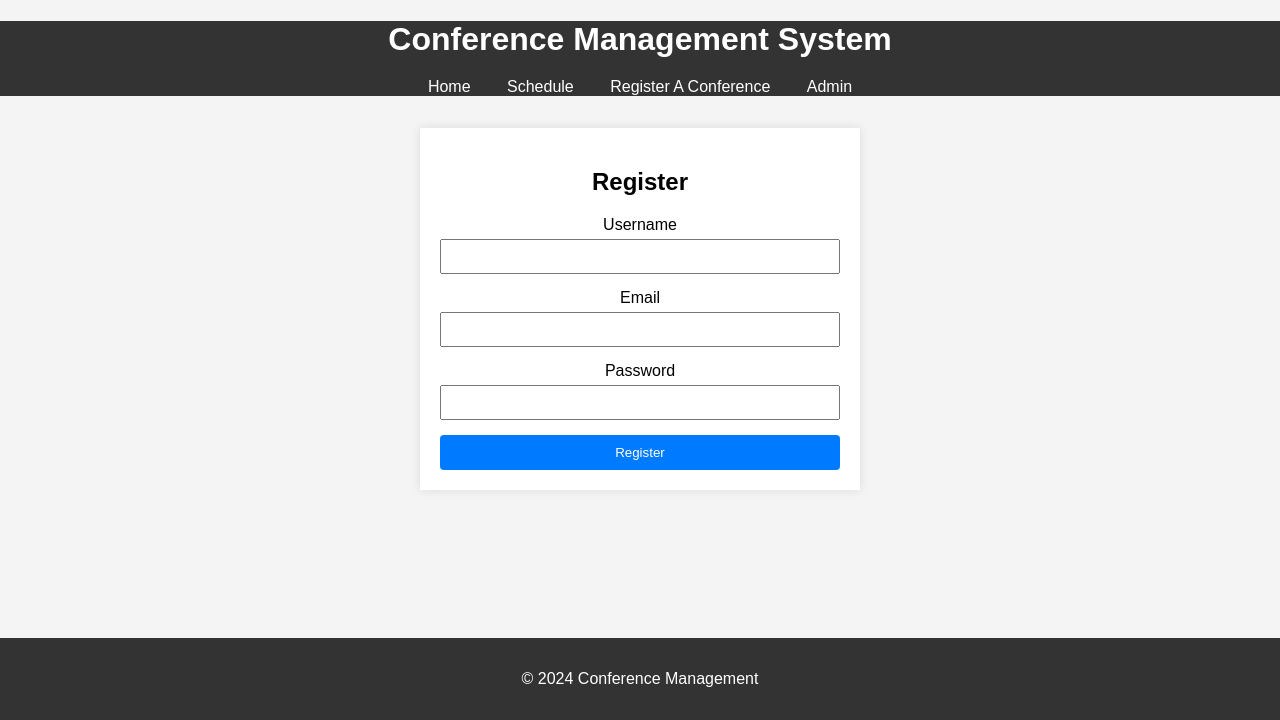
Repository: AMIT1439027/conferenceapp
Page: http://localhost/user_register.php
These files come from the project's save history. The page is drawn as it stood at one moment and after the next save; the edit follows.
The browser window is 1280 px wide. The pictures show the whole page.
The page is run by PHP 8.4 with error messages shown; the project is at /var/www/html/. Queries for data that is not in the repository find no rows.

Above is the page before, as saved 2024-05-29 15:25:59.

### user_register.php
<?php
include 'db_connect.php';
session_start();

if ($_SERVER['REQUEST_METHOD'] == 'POST') {
    $username = $_POST['username'];
    $email = $_POST['email'];
    $password = password_hash($_POST['password'], PASSWORD_BCRYPT);

   $stmt = $pdo->prepare("INSERT INTO users(username,email,password) VALUES(?,?,?)");
   $stmt->execute([$username,$email,$password]);
}
?>

<!DOCTYPE html>
<html lang="en">
<head>
    <meta charset="UTF-8">
    <title>Register</title>
    <link rel="stylesheet" href="styles.css">
</head>
<body>
<header>
    <h1>Conference Management System</h1>

    <nav>
        <a href="index.php">Home</a>
        <a href="Schedule.php">Schedule </a>
        <a href="register.php">Register A Conference</a>
        <a href="admin.php">Admin</a>

    </nav>
</header>

<main>
    <div class="form-container">
        <h2>Register</h2>
        <form method="post" action="user_register.php">
            <div class="form-group">
                <label>Username</label>
                <input type="text" name="username" required>
            </div>
            <div class="form-group">
                <label>Email</label>
                <input type="email" name="email" required>
            </div>
            <div class="form-group">
                <label>Password</label>
                <input type="password" name="password" required>
            </div>
            <button type="submit">Register</button>

        </form>
        <!-- <p>Already have an account? <a href="login.php">Login here</a></p> -->
    </div>
    </main>
    <footer>
    <p>&copy; 2024 Conference Management</p>
 </footer>
</body>
</html>

### db_connect.php
<?php
$servername = "localhost";
$username = "root";
$password = "mysql143";
$dbname = "conference_db";

// Create connection
// $conn = new mysqli($servername, $username, $password, $dbname);

// // Check connection
// if ($conn->connect_error) {
//     die("Connection failed: " . $conn->connect_error);
// }
try{
    $pdo = new PDO("mysql:host=$servername;dbname=$dbname", $username, $password );
   $pdo->setAttribute(PDO::ATTR_ERRMODE, PDO::ERRMODE_EXCEPTION);
}
catch(PDOException $e){
   die("connection Failed");
}


?>

### styles.css

body {
    font-family: Arial, sans-serif;
    background-color: #f4f4f4;
    margin: 0;
    padding: 0;
}
/*  new css */



/* End CSS */
header{
    background-color: #333333;
    color: #fff;
    padding: 1 em 0;
    text-align: center;

}

nav a{
    color: #fff;
    margin: 0 1rem;
    text-decoration: none;
}

main{
    padding: 2em;
    text-align: center;
}

footer{
    background-color: #333;
    color:#fff;
    padding: 1em 0;
    text-align: center;
    position: fixed;
    bottom: 0;
    width: 100%;
}



.container {
    width: 80%;
    margin: 0 auto;
    padding: 20px;
    background-color: #fff;
    box-shadow: 0 0 10px rgba(0, 0, 0, 0.1);
}

h1 {
    text-align: center;
    margin-bottom: 20px;
}

.table {
    width: 100%;
    margin-bottom: 20px;
    border-collapse: collapse;
}

.table th, .table td {
    border: 1px solid #ddd;
    padding: 8px;
}

.table th {
    background-color: #f2f2f2;
    text-align: left;
}

.food-item {
    border: 1px solid #ddd;
    padding: 10px;
    margin-bottom: 20px;
    text-align: center;
}

.food-item img {
    max-width: 100%;
    height: auto;
}

.form-group {
    margin-bottom: 15px;
}

.form-group label {
    display: block;
    margin-bottom: 5px;
}

.form-group input, .form-group textarea, .form-group select {
    width: 100%;
    padding: 8px;
    box-sizing: border-box;
}

.btn {
    display: inline-block;
    padding: 10px 15px;
    color: #fff;
    background-color: #007BFF;
    text-decoration: none;
    border-radius: 4px;
    margin-right: 10px;
    transition: background-color 0.3s;
}

.btn:hover {
    background-color: #0056b3;
}

.form-container {
    max-width: 400px;
    margin: 0 auto;
    padding: 20px;
    background-color: #fff;
    box-shadow: 0 0 10px rgba(0, 0, 0, 0.1);
}

form {
    display: flex;
    flex-direction: column;
}

button {
    padding: 10px 15px;
    color: #fff;
    background-color: #007BFF;
    border: none;
    cursor: pointer;
    border-radius: 4px;
    transition: background-color 0.3s;
}

button:hover {
    background-color: #0056b3;
}

input[type="number"] {
    width: 50px;
}

After the next save:
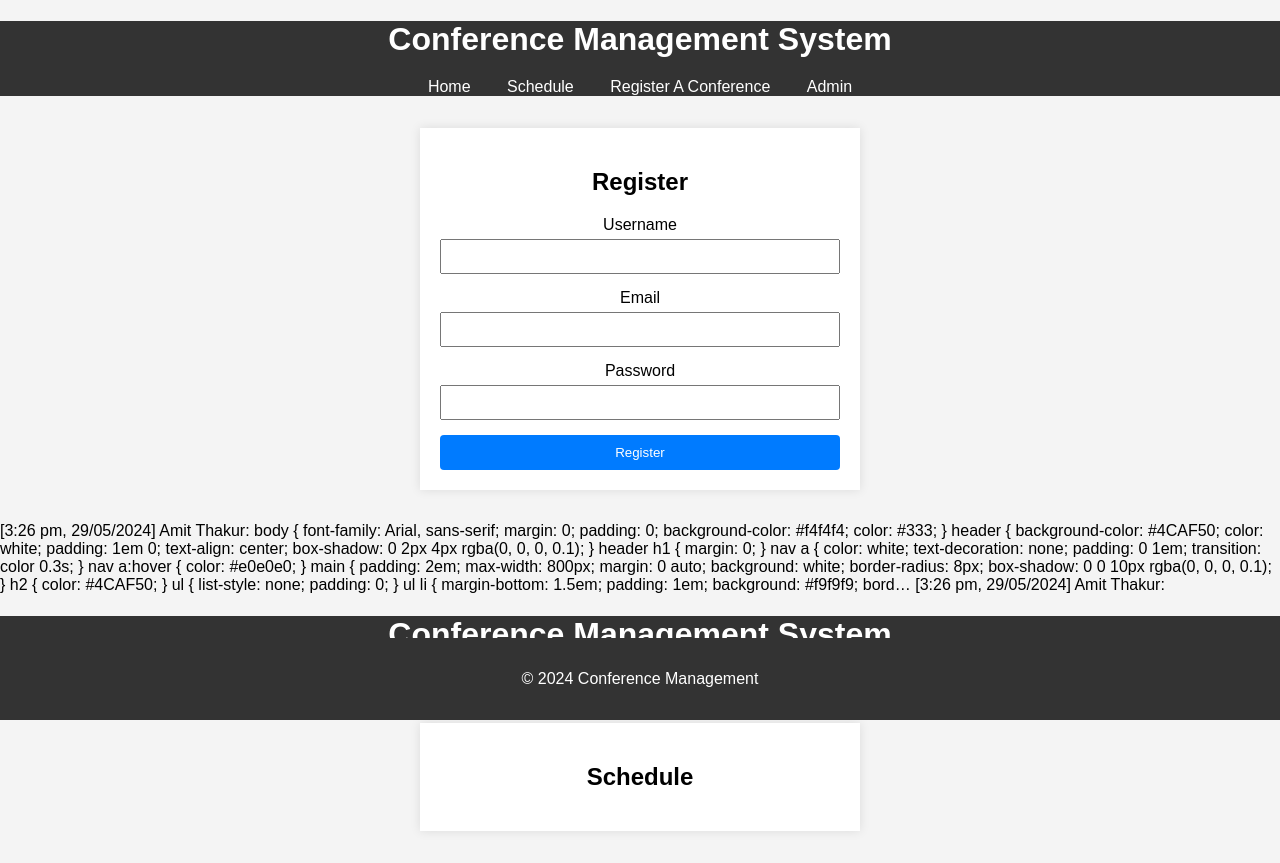
Saved 80 s later.
--- a/user_register.php
+++ b/user_register.php
@@ -59,3 +59,108 @@ if ($_SERVER['REQUEST_METHOD'] == 'POST') {
  </footer>
 </body>
 </html>
+
+
+[3:26 pm, 29/05/2024] Amit Thakur: body {
+    font-family: Arial, sans-serif;
+    margin: 0;
+    padding: 0;
+    background-color: #f4f4f4;
+    color: #333;
+}
+
+header {
+    background-color: #4CAF50;
+    color: white;
+    padding: 1em 0;
+    text-align: center;
+    box-shadow: 0 2px 4px rgba(0, 0, 0, 0.1);
+}
+
+header h1 {
+    margin: 0;
+}
+
+nav a {
+    color: white;
+    text-decoration: none;
+    padding: 0 1em;
+    transition: color 0.3s;
+}
+
+nav a:hover {
+    color: #e0e0e0;
+}
+
+main {
+    padding: 2em;
+    max-width: 800px;
+    margin: 0 auto;
+    background: white;
+    border-radius: 8px;
+    box-shadow: 0 0 10px rgba(0, 0, 0, 0.1);
+}
+
+h2 {
+    color: #4CAF50;
+}
+
+ul {
+    list-style: none;
+    padding: 0;
+}
+
+ul li {
+    margin-bottom: 1.5em;
+    padding: 1em;
+    background: #f9f9f9;
+    bord…
+[3:26 pm, 29/05/2024] Amit Thakur: <?php
+include 'db_connect.php';
+
+$stmt = $pdo->query("SELECT * FROM conferences");
+$conferences = $stmt->fetchAll();
+?>
+
+<!DOCTYPE html>
+<html lang="en">
+<head>
+    <meta charset="UTF-8">
+    <meta name="viewport" content="width=device-width, initial-scale=1.0">
+    <title>Schedule</title>
+    <link rel="stylesheet" href="styles.css">
+</head>
+<body>
+
+<header>
+    <h1>Conference Management System</h1>
+    <nav>
+        <a href="index.php">Home</a>
+        <a href="schedule.php">Schedule</a>
+        <a href="register.php">Register A Conference</a>
+        <a href="feedback.php">Feedback</a>
+        <!-- <a href="admin.php">Admin</a> -->
+    </nav>
+</header>
+<main>
+    <div class="form-container">
+        <h2>Schedule</h2>
+        <ul>
+            <?php foreach($conferences as $conference): ?>
+                <li>
+                    <h3><?= htmlspecialchars($conference['name']) ?></h3>
+                    <p><?= htmlspecialchars($conference['description']) ?></p>
+                    <p><?= htmlspecialchars($conference['date']) ?></p>
+                    <p>Location: <?= htmlspecialchars($conference['location']) ?></p>
+                </li>
+            <?php endforeach; ?>
+        </ul>
+    </div>
+</main>
+
+<footer>
+    <p>&copy; 2024 Conference Management</p>
+</footer>
+
+</body>
+</html>
